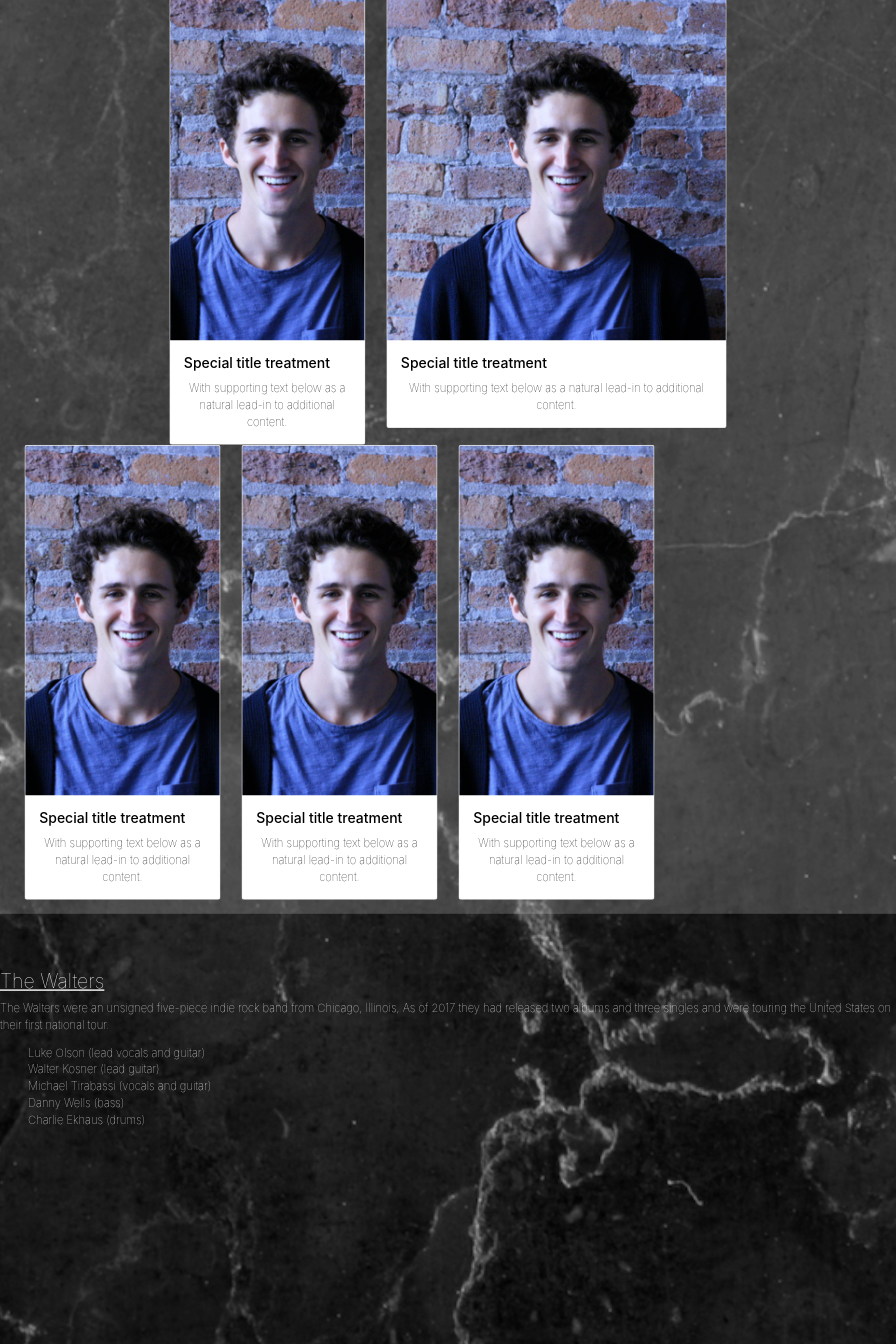
Repository: yucheng91/CIassignment1
Page: index.html
The author's editor kept a record of every edit. The page is drawn from the files as they stood at one moment, then again after the next edit.
The browser window is 1280 px wide. The pictures show the part of the page from y = 1968 to 3888 px (the page is 4493 px tall), at 70% of full size.
Pictures or frames that could not be fetched are drawn as grey boxes.

Above is the page before.

### index.html
<!doctype html>
<html lang="en">
  <head>
    <!-- Required meta tags -->
    <meta charset="utf-8">
    <meta name="viewport" content="width=device-width, initial-scale=1, shrink-to-fit=no">

    <!-- Bootstrap CSS -->
    <link rel="stylesheet" href="https://stackpath.bootstrapcdn.com/bootstrap/4.3.1/css/bootstrap.min.css" integrity="sha384-ggOyR0iXCbMQv3Xipma34MD+dH/1fQ784/j6cY/iJTQUOhcWr7x9JvoRxT2MZw1T" crossorigin="anonymous">
    <link rel="stylesheet" href="style.css" type="text/css" />
    <link rel="stylesheet" href="https://maxcdn.bootstrapcdn.com/font-awesome/4.7.0/css/font-awesome.min.css" type="text/css" />
    <title>The Walters</title>
  </head>

  <body>
    <header>
      <div class="container-fluid">
      <div class="row">
        <div class="col-10">
          <h1>THE WALTERS</h1>
        </div>
        <div class="col-2">
          <a href="https://www.facebook.com"><i class="fa fa-facebook-square fa-2x" aria-hidden="true"></i></a>
          <a href="https://www.twitter.com"><i class="fa fa-twitter-square fa-2x" aria-hidden="true"></i></a>
          <a href="https://www.youtube.com"><i class="fa fa-youtube-square fa-2x" aria-hidden="true"></i></a>
        </div>
      </div>
    </div>
  <div class="border"></div>
  </header>

<div id="carouselExampleControls" class="carousel slide" data-ride="carousel">
  <div class="carousel-inner">
    <div class="carousel-item active">
      <img class="d-block w-100" src="images/c1.jpg" alt="First slide">
    </div>
    <div class="carousel-item">
      <img class="d-block w-100" src="images/c2.jpg" alt="Second slide">
    </div>
    <div class="carousel-item">
      <img class="d-block w-100" src="images/c3.jpg" alt="Third slide">
    </div>
  </div>
  <a class="carousel-control-prev" href="#carouselExampleControls" role="button" data-slide="prev">
    <span class="carousel-control-prev-icon" aria-hidden="true"></span>
    <span class="sr-only">Previous</span>
  </a>
  <a class="carousel-control-next" href="#carouselExampleControls" role="button" data-slide="next">
    <span class="carousel-control-next-icon" aria-hidden="true"></span>
    <span class="sr-only">Next</span>
  </a>
</div>
    <div class="border"></div>

  <section class="upcomingshow">
    <div>
      <h2>Upcoming Shows 2019</h2>
      <div class="container-fluid">
        <div class="row">
          <div class="col-12 col-md-3">
            <p>26-27 JUL</p>
          </div>
          <div class="col-12 col-md-6">
            <p>Hard Rock Hotel, Resort World Sentosa</p>
          </div>
          <div class="col-12 col-md-3 text-center">
            <a href="https://www.eventbrite.sg"><button type="button" class="btn btn-dark">RSVP</button></p></a>
         </div>
        </div>

        <div class="row">
          <div class="col-12 col-md-3">
            <p>30-31 AUG</p>
          </div>
          <div class="col-12 col-md-6">
            <p>Hard Rock Cafe, Orchard Singapore</p>
          </div>
          <div class="col-12 col-md-3 text-center">
            <a href="https://www.eventbrite.sg"><button type="button" class="btn btn-dark">RSVP</button></p></a>
          </div>
        </div>
        <div class="row">
          <div class="col-12 col-md-3">
            <p>27-28 SEP</p>
          </div>
          <div class="col-12 col-md-6">
            <p>Hard Rock Hotel, Resort World Sentosa</p>
          </div>
          <div class="col-12 col-md-3 text-center">
            <a href="https://www.eventbrite.sg"><button type="button" class="btn btn-dark">RSVP</button></p></a>
          </div>
        </div>
        <div class="row">
          <div class="col-12 col-md-3">
            <p>27-28 SEP</p>
          </div>
          <div class="col-12 col-md-6">
            <p>Hard Rock Hotel, Resort World Sentosa</p>
          </div>
          <div class="col-12 col-md-3 text-center">
            <a href="https://www.eventbrite.sg"><button type="button" class="btn btn-dark">RSVP</button></p></a>
          </div>
        </div>
      </div>
      </section>

    <section>
    <div class="members">
    <a name="TheWalters"/>
    <h3>The Walters</h3>
    <img src="images/groupphoto.jpeg" class="img-fluid rounded" alt="Responsive image">
    <p>The Walters were an unsigned five-piece indie rock band from Chicago, Illinois. As of 2017 they had released two albums and three singles and were touring the United States on their first national tour.</p>
      <div class="container-fluid">
        <div class="row">
          <div class="col-2"></div>
          <div class="col-12 col-md-3">
            <div class="card">
              <img class="card-img-top" src="images/LukeOlson.png" alt="Card image cap">
              <div class="card-body">
                <h5 class="card-title">Special title treatment</h5>
                <p class="card-text">With supporting text below as a natural lead-in to additional content.</p>
              </div>
            </div>
          </div>
          <div class="col-12 col-md-5">
            <div class="card">
              <img class="card-img-top" src="images/LukeOlson.png" alt="Card image cap">
              <div class="card-body">
                <h5 class="card-title">Special title treatment</h5>
                <p class="card-text">With supporting text below as a natural lead-in to additional content.</p>
              </div>
            </div>
          </div>
          <div class="col-2"></div>
        </div>
        <div class="row">
           <div class="col-12 col-md-3">
            <div class="card">
              <img class="card-img-top" src="images/LukeOlson.png" alt="Card image cap">
              <div class="card-body">
                <h5 class="card-title">Special title treatment</h5>
                <p class="card-text">With supporting text below as a natural lead-in to additional content.</p>
              </div>
            </div>
          </div>
           <div class="col-12 col-md-3">
            <div class="card">
              <img class="card-img-top" src="images/LukeOlson.png" alt="Card image cap">
              <div class="card-body">
                <h5 class="card-title">Special title treatment</h5>
                <p class="card-text">With supporting text below as a natural lead-in to additional content.</p>
              </div>
            </div>
          </div>
           <div class="col-12 col-md-3">
            <div class="card">
              <img class="card-img-top" src="images/LukeOlson.png" alt="Card image cap">
              <div class="card-body">
                <h5 class="card-title">Special title treatment</h5>
                <p class="card-text">With supporting text below as a natural lead-in to additional content.</p>
              </div>
            </div>
          </div>
        </div>
      </div>
    </div>
    </section>


    <section>
    <div class="music">
    <a name="Music"/>
    <h3>The Walters</h3>
    <p>The Walters were an unsigned five-piece indie rock band from Chicago, Illinois, As of 2017 they had released two albums and three singles and were touring the United States on their first national tour.</p>
    <ul class="nobullet">
      <li>Luke Olson (lead vocals and guitar)</li>
      <li>Walter Kosner (lead guitar)</li>
      <li>Michael Tirabassi (vocals and guitar)</li>
      <li>Danny Wells (bass)</li>
      <li>Charlie Ekhaus (drums)</li>
    </ul>
    </div>
    </section>

    <section>
    <div class="video">
    <a name="Video"/>
     <div class="embed-responsive embed-responsive-16by9">
        <iframe class="embed-responsive-item" src="https://www.youtube.com/embed/5zfrnme2nJ4" allowfullscreen></iframe>
      </div>
    </div>
    </section>

    <footer>
    <div class="navbar">
    <ul class="nav justify-content-start">
      <li class="nav-item">
        <a class="nav-link active" href="#Home">HOME</a>
      </li>
      <li class="nav-item">
        <a class="nav-link" href="#TheWalters">THE WALTERS</a>
      </li>
      <li class="nav-item">
        <a class="nav-link" href="#Music">MUSIC</a>
      </li>
      <li class="nav-item">
        <a class="nav-link" href="#Video">VIDEO</a>
      </li>
    </ul>
    </div>
    </footer>
    <!-- Optional JavaScript -->
    <!-- jQuery first, then Popper.js, then Bootstrap JS -->
    <script src="https://code.jquery.com/jquery-3.3.1.slim.min.js" integrity="sha384-q8i/X+965DzO0rT7abK41JStQIAqVgRVzpbzo5smXKp4YfRvH+8abtTE1Pi6jizo" crossorigin="anonymous"></script>
    <script src="https://cdnjs.cloudflare.com/ajax/libs/popper.js/1.14.7/umd/popper.min.js" integrity="sha384-UO2eT0CpHqdSJQ6hJty5KVphtPhzWj9WO1clHTMGa3JDZwrnQq4sF86dIHNDz0W1" crossorigin="anonymous"></script>
    <script src="https://stackpath.bootstrapcdn.com/bootstrap/4.3.1/js/bootstrap.min.js" integrity="sha384-JjSmVgyd0p3pXB1rRibZUAYoIIy6OrQ6VrjIEaFf/nJGzIxFDsf4x0xIM+B07jRM" crossorigin="anonymous"></script>
  </body>
</html>

### style.css
body {
    color:white;
    font-weight: 100;
    background-image: url("images/background.jpg");
    background-position: center;
    background-size:cover;
}

section {
    padding-top:40px;
    padding-bottom:40px;
}

.container-fluid h1 {
    font-weight: 100;
    padding-top: 12px;
    text-decoration: underline;
}

.container-fluid p {
    text-align:center;
}

.border {
    height:3px;
    background-color:grey;
    border:0;
    padding:0;
    color:grey;
}

.navbar  {
    position: fixed;
    bottom: 0;
    width: 100%;
    color: white;
    font-weight:100;
    background-color: #151516;
    padding:0 ;
}

.col-2 {
    padding:20px;
    text-align:right;
}

a {
    color:white;
}

.upcomingshow {
        background:rgba(0, 0, 0, 0.5);
}

.upcomingshow h2{
    text-align:center;
    padding-top: 20px;
    padding-bottom: 20px;
    text-decoration:underline;
    font-weight:100;
}

.nobullet {
    list-style-type: none;
    padding-bottom:40px;
    text-align:left;
}

footer {
    bottom:0 ;
    width: 100%;
}

.rsvpbutton {
    border:1px solid white;
}

img {
    height: 500px;
    width: 100%;
    object-fit: cover;
}

.members {
    padding:20px;
    background-color:rgba(242, 242, 242,0.2);
}

h3 {
    font-weight:100;
    text-decoration: underline;
}

.video {
    padding:20px;
}

.card {
    color:black;
}

@media (max-width: 767px) {
    body {
        font-size: 15px;
    }

    h1 {
        font-size: 27px;
    }

    h2 {
        font-size: 20px;
    }

    p {
        font-size: 15px;
    }

    navbar {
        font-size: 15px;
    }

}

@media (max-width:359px) {
    section {
        padding-bottom:76px;
    }
}

After the next edit:
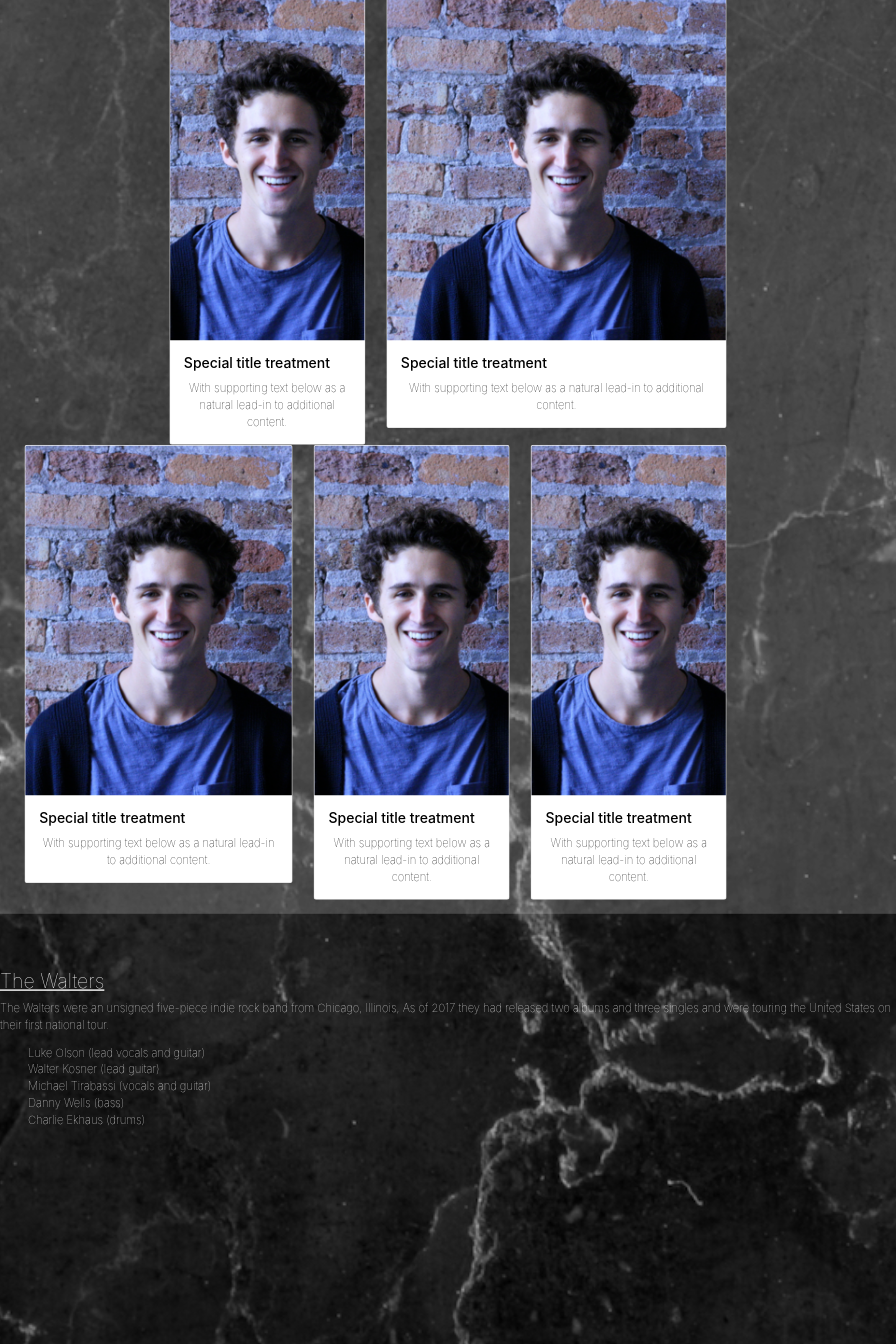
The edit:
--- a/index.html
+++ b/index.html
@@ -134,7 +134,7 @@
           <div class="col-2"></div>
         </div>
         <div class="row">
-           <div class="col-12 col-md-3">
+           <div class="col-12 col-md-4">
             <div class="card">
               <img class="card-img-top" src="images/LukeOlson.png" alt="Card image cap">
               <div class="card-body">
